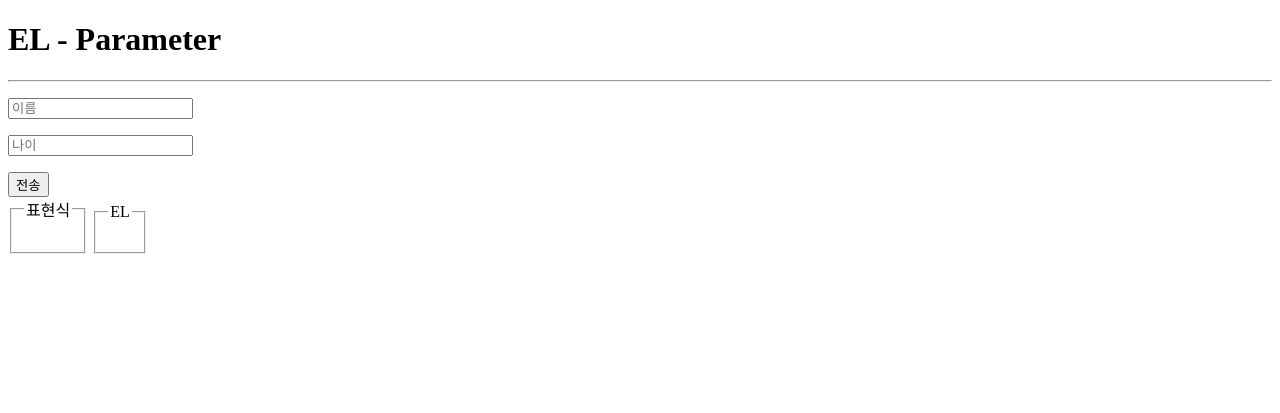
Repository: ChimmyWorld/JSP
Page: http://localhost/Day53/ex03.jsp
An editor plug-in stored every save of this project. The page is shown before and after a run of saves, followed by the edit.
The browser window is 1280 px wide. The pictures show the whole page.
The page is served by Tomcat 9.

Above is the page before, as saved 2023-09-22 02:28:53.

After the next 2 saves:
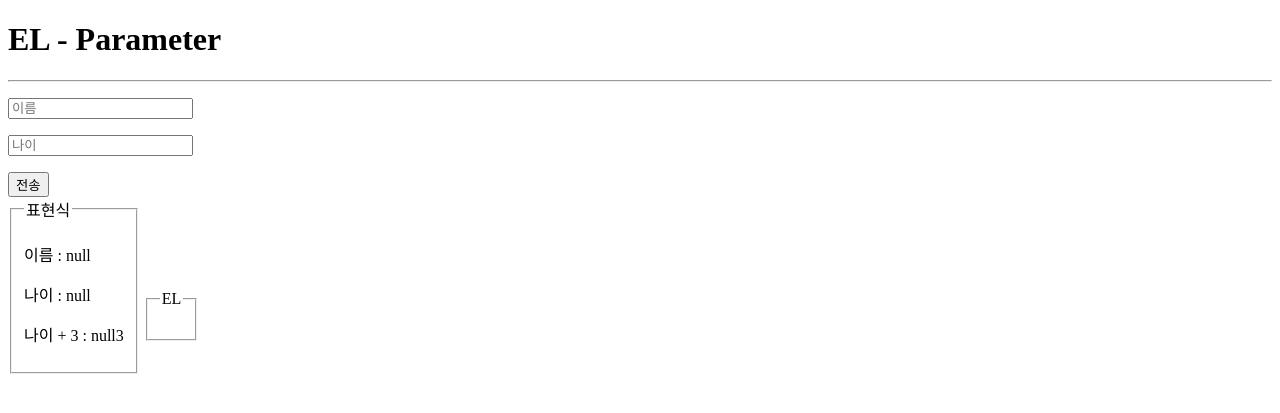
The 2 saves are shown as one change because they came seconds apart.
The last was saved 3 min 4 s later.
--- a/Day53/WebContent/ex03.jsp
+++ b/Day53/WebContent/ex03.jsp
@@ -23,7 +23,9 @@
 	<fieldset>
 		<legend>표현식</legend>
 
-		<p></p>
+		<p>이름 : <%=request.getParameter("name") %></p>
+		<p>나이 : <%=request.getParameter("age") %></p>
+		<p>나이  + 3 : <%=request.getParameter("age") + 3 %></p>
 	</fieldset>
 
 	<fieldset>
